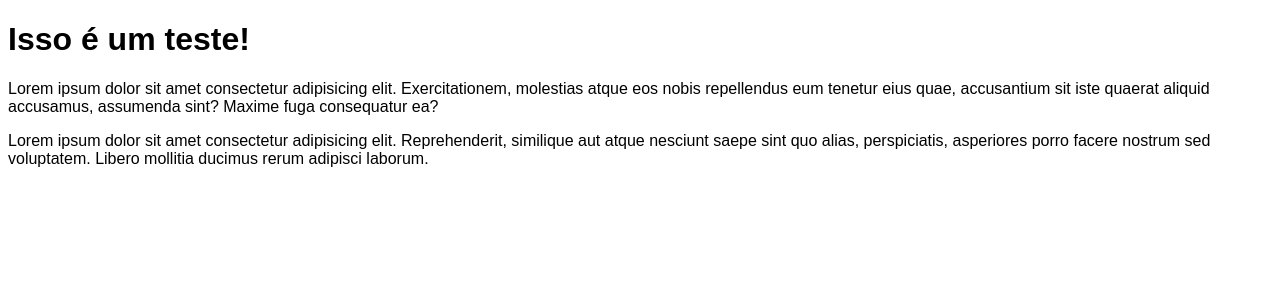
Repository: railsondev/html-css
Page: Módulo4/Exercício/pag01.html
An editor plug-in stored every save of this project. The page is shown before and after the next save, followed by the edit.
The browser window is 1280 px wide. The pictures show the whole page.

Above is the page before, as saved 2024-10-22 22:10:13.

### Módulo4/Exercício/pag01.html
<!DOCTYPE html>
<html lang="pt-br">
<head>
  <meta charset="UTF-8">
  <meta name="viewport" content="width=device-width, initial-scale=1.0">
  <title>Site de teste</title>
  <style>
    body {
      font-family: Arial, Helvetica, sans-serif;
      background-color: ligh;
    }
  </style>
</head>
<body>
  <h1>Isso é  um teste!</h1>
  <p>Lorem ipsum dolor sit amet consectetur adipisicing elit. Exercitationem, molestias atque eos nobis repellendus eum tenetur eius quae, accusantium sit iste quaerat aliquid accusamus, assumenda sint? Maxime fuga consequatur ea?</p>
  <p>Lorem ipsum dolor sit amet consectetur adipisicing elit. Reprehenderit, similique aut atque nesciunt saepe sint quo alias, perspiciatis, asperiores porro facere nostrum sed voluptatem. Libero mollitia ducimus rerum adipisci laborum.</p>
</body>
</html>

After the next save:
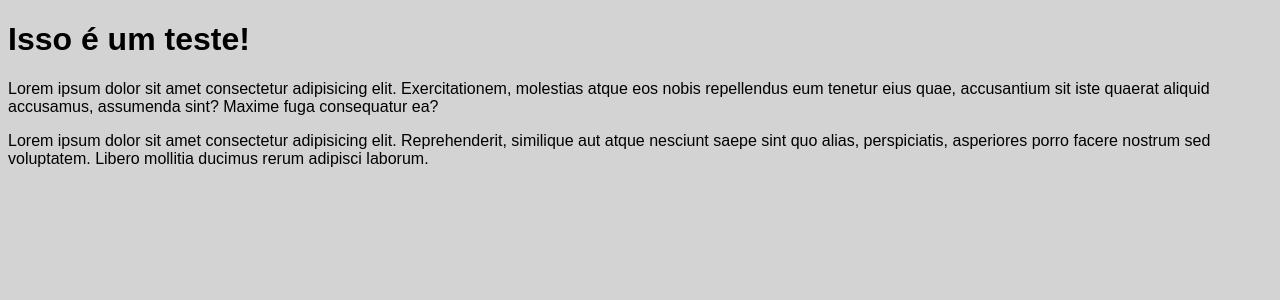
Saved 5 s later.
--- a/Módulo4/Exercício/pag01.html
+++ b/Módulo4/Exercício/pag01.html
@@ -7,7 +7,7 @@
   <style>
     body {
       font-family: Arial, Helvetica, sans-serif;
-      background-color: ligh;
+      background-color: lightgrey;
     }
   </style>
 </head>
